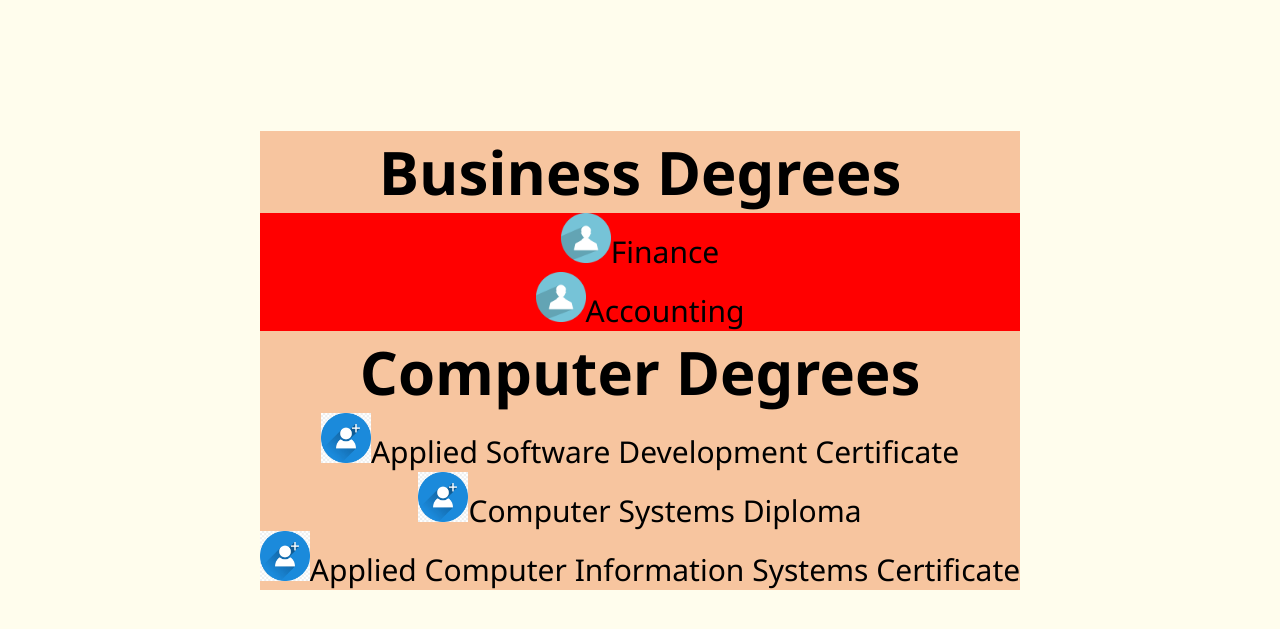
Repository: NeemaToto/mdia2109week3
Page: /
The author's editor kept a copy of each file at every save. The page is drawn from the files as they stood at one save, then again after the next save.
The browser window is 1280 px wide. The pictures show the whole page.
The project was rebuilt for these pictures with package versions that can differ from the ones it lists, and the page was loaded fresh each time. The framework's server and built-in components were replaced by stand-ins that run in the browser. Also part of the build but not shown: next.config.js.

Above is the page before, as saved 2023-01-19 12:42:21.

### pages/index.js
import Head from 'next/head'
import Image from 'next/image'
import { Inter } from '@next/font/google'
import styles from '@/styles/Home.module.css'
import data from '../data/education.json'
import { useState } from 'react'
import Card from '../components/card'
import Link from 'next/link'

const inter = Inter({ subsets: ['latin'] })

export default function Home() {
  console.log(data);
  const [information, setInformation] = useState([...data]);

  return (
    <>
      <Head>
        <title>Departments of School</title>
        <meta name="description" content="Generated by create next app" />
        <meta name="viewport" content="width=device-width, initial-scale=1" />
        <link rel="icon" href="/degree-icon.png"/>
      </Head>
      <main className={styles.main}>
        <div className={styles.degrees}>
          <h1 className=''>Business Degrees</h1>
          {
            information && information.map((info, index) => {
              if (info.department === "Business") {
                return (
                  <Card key={index} degree={info.degree} colour="red" font="30px" />
                )
              }
            })
          }
          <h1>Computer Degrees</h1>
          {
            information && information.map((info, index) => {
              if (info.department === "Computing") {
                return (
                  <Card key={index} degree={info.degree} colour="fce762" font="30px" />
                )
              }
            })
          }
        </div>
      </main>
    </>
  )
}

### styles/globals.css
:root {
  --max-width: 1100px;
  --border-radius: 12px;
  --font-mono: ui-monospace, Menlo, Monaco, 'Cascadia Mono', 'Segoe UI Mono',
    'Roboto Mono', 'Oxygen Mono', 'Ubuntu Monospace', 'Source Code Pro',
    'Fira Mono', 'Droid Sans Mono', 'Courier New', monospace;

  --foreground-rgb: 0, 0, 0;
  --background-start-rgb: 214, 219, 220;
  --background-end-rgb: 255, 255, 255;

  --primary-glow: conic-gradient(
    from 180deg at 50% 50%,
    #16abff33 0deg,
    #0885ff33 55deg,
    #54d6ff33 120deg,
    #0071ff33 160deg,
    transparent 360deg
  );
  --secondary-glow: radial-gradient(
    rgba(255, 255, 255, 1),
    rgba(255, 255, 255, 0)
  );

  --tile-start-rgb: 239, 245, 249;
  --tile-end-rgb: 228, 232, 233;
  --tile-border: conic-gradient(
    #00000080,
    #00000040,
    #00000030,
    #00000020,
    #00000010,
    #00000010,
    #00000080
  );

  --callout-rgb: 238, 240, 241;
  --callout-border-rgb: 172, 175, 176;
  --card-rgb: 180, 185, 188;
  --card-border-rgb: 131, 134, 135;
}

@media (prefers-color-scheme: dark) {
  :root {
    --foreground-rgb: 255, 255, 255;
    --background-start-rgb: 0, 0, 0;
    --background-end-rgb: 0, 0, 0;

    --primary-glow: radial-gradient(rgba(1, 65, 255, 0.4), rgba(1, 65, 255, 0));
    --secondary-glow: linear-gradient(
      to bottom right,
      rgba(1, 65, 255, 0),
      rgba(1, 65, 255, 0),
      rgba(1, 65, 255, 0.3)
    );

    --tile-start-rgb: 2, 13, 46;
    --tile-end-rgb: 2, 5, 19;
    --tile-border: conic-gradient(
      #ffffff80,
      #ffffff40,
      #ffffff30,
      #ffffff20,
      #ffffff10,
      #ffffff10,
      #ffffff80
    );

    --callout-rgb: 20, 20, 20;
    --callout-border-rgb: 108, 108, 108;
    --card-rgb: 100, 100, 100;
    --card-border-rgb: 200, 200, 200;
  }
}

* {
  box-sizing: border-box;
  padding: 0;
  margin: 0;
}

html,
body {
  max-width: 100vw;
  overflow-x: hidden;
}

body {
  color: rgb(var(--foreground-rgb));
  background: linear-gradient(
      to bottom,
      transparent,
      rgb(var(--background-end-rgb))
    )
    rgb(var(--background-start-rgb));
}

a {
  color: inherit;
  text-decoration: none;
}

@media (prefers-color-scheme: dark) {
  html {
    color-scheme: dark;
  }
}


.degrees{
  font-size: 10000px;
}

### styles/Home.module.css
.main {
  display: flex;
  flex-direction: row;
  justify-content: center;
  align-items: center;
  padding: 6rem;
  min-height: 100vh;
  background-color: #fffded;
}

.description {
  display: inherit;
  justify-content: inherit;
  align-items: inherit;
  font-size: 0.85rem;
  max-width: var(--max-width);
  width: 100%;
  z-index: 2;
  font-family: var(--font-mono);
}

.description a {
  display: flex;
  justify-content: center;
  align-items: center;
  gap: 0.5rem;
}

.description p {
  position: relative;
  margin: 0;
  padding: 1rem;
  background-color: rgba(var(--callout-rgb), 0.5);
  border: 1px solid rgba(var(--callout-border-rgb), 0.3);
  border-radius: var(--border-radius);
}

.code {
  font-weight: 700;
  font-family: var(--font-mono);
}

.grid {
  display: grid;
  grid-template-columns: repeat(4, minmax(25%, auto));
  width: var(--max-width);
  max-width: 100%;
}

.card {
  padding: 1rem 1.2rem;
  border-radius: var(--border-radius);
  background: rgba(var(--card-rgb), 0);
  border: 1px solid rgba(var(--card-border-rgb), 0);
  transition: background 200ms, border 200ms;
}

.card span {
  display: inline-block;
  transition: transform 200ms;
}

.card h2 {
  font-weight: 600;
  margin-bottom: 0.7rem;
}

.card p {
  margin: 0;
  opacity: 0.6;
  font-size: 0.9rem;
  line-height: 1.5;
  max-width: 30ch;
}

.center {
  display: flex;
  justify-content: center;
  align-items: center;
  position: relative;
  padding: 4rem 0;
}

.center::before {
  background: var(--secondary-glow);
  border-radius: 50%;
  width: 480px;
  height: 360px;
  margin-left: -400px;
}

.center::after {
  background: var(--primary-glow);
  width: 240px;
  height: 180px;
  z-index: -1;
}

.center::before,
.center::after {
  content: '';
  left: 50%;
  position: absolute;
  filter: blur(45px);
  transform: translateZ(0);
}

.logo,
.thirteen {
  position: relative;
}

.thirteen {
  display: flex;
  justify-content: center;
  align-items: center;
  width: 75px;
  height: 75px;
  padding: 25px 10px;
  margin-left: 16px;
  transform: translateZ(0);
  border-radius: var(--border-radius);
  overflow: hidden;
  box-shadow: 0px 2px 8px -1px #0000001a;
}

.thirteen::before,
.thirteen::after {
  content: '';
  position: absolute;
  z-index: -1;
}

/* Conic Gradient Animation */
.thirteen::before {
  animation: 6s rotate linear infinite;
  width: 200%;
  height: 200%;
  background: var(--tile-border);
}

/* Inner Square */
.thirteen::after {
  inset: 0;
  padding: 1px;
  border-radius: var(--border-radius);
  background: linear-gradient(
    to bottom right,
    rgba(var(--tile-start-rgb), 1),
    rgba(var(--tile-end-rgb), 1)
  );
  background-clip: content-box;
}

/* Enable hover only on non-touch devices */
@media (hover: hover) and (pointer: fine) {
  .card:hover {
    background: rgba(var(--card-rgb), 0.1);
    border: 1px solid rgba(var(--card-border-rgb), 0.15);
  }

  .card:hover span {
    transform: translateX(4px);
  }
}

@media (prefers-reduced-motion) {
  .thirteen::before {
    animation: none;
  }

  .card:hover span {
    transform: none;
  }
}

/* Mobile */
@media (max-width: 700px) {
  .content {
    padding: 4rem;
  }

  .grid {
    grid-template-columns: 1fr;
    margin-bottom: 120px;
    max-width: 320px;
    text-align: center;
  }

  .card {
    padding: 1rem 2.5rem;
  }

  .card h2 {
    margin-bottom: 0.5rem;
  }

  .center {
    padding: 8rem 0 6rem;
  }

  .center::before {
    transform: none;
    height: 300px;
  }

  .description {
    font-size: 0.8rem;
  }

  .description a {
    padding: 1rem;
  }

  .description p,
  .description div {
    display: flex;
    justify-content: center;
    position: fixed;
    width: 100%;
  }

  .description p {
    align-items: center;
    inset: 0 0 auto;
    padding: 2rem 1rem 1.4rem;
    border-radius: 0;
    border: none;
    border-bottom: 1px solid rgba(var(--callout-border-rgb), 0.25);
    background: linear-gradient(
      to bottom,
      rgba(var(--background-start-rgb), 1),
      rgba(var(--callout-rgb), 0.5)
    );
    background-clip: padding-box;
    backdrop-filter: blur(24px);
  }

  .description div {
    align-items: flex-end;
    pointer-events: none;
    inset: auto 0 0;
    padding: 2rem;
    height: 200px;
    background: linear-gradient(
      to bottom,
      transparent 0%,
      rgb(var(--background-end-rgb)) 40%
    );
    z-index: 1;
  }
}

/* Tablet and Smaller Desktop */
@media (min-width: 701px) and (max-width: 1120px) {
  .grid {
    grid-template-columns: repeat(2, 50%);
  }
}

@media (prefers-color-scheme: dark) {
  .vercelLogo {
    filter: invert(1);
  }

  .logo,
  .thirteen img {
    filter: invert(1) drop-shadow(0 0 0.3rem #ffffff70);
  }
}

@keyframes rotate {
  from {
    transform: rotate(360deg);
  }
  to {
    transform: rotate(0deg);
  }
}

.degrees{
  font-size: 30px;
  text-align: center;
  font-family: 'Segoe UI', Tahoma, Geneva, Verdana, sans-serif;
  background-color: #f7c59f;
}

.degrees > h1{

}

### data/education.json
[
        {
            "studentNumber": "A0004567",
            "firstName": "Person 1",
            "gpa": 3.8,
            "department": "Business",
            "degree": "Finance",
            "graduted": 2014
        },
        {
            "studentNumber": "A0001234",
            "firstName": "Person 2",
            "gpa": 3.5,
            "department": "Business",
            "degree": "Accounting",
            "graduted": 2010
        },
        {
            "studentNumber": "A0007890",
            "firstName": "Person 3",
            "gpa": 3.2,
            "department": "Computing",
            "degree": "Applied Software Development Certificate",
            "graduted": 2018
        },
        {
            "studentNumber": "A0007828",
            "firstName": "Person 4",
            "gpa": 3.9,
            "department": "Computing",
            "degree": "Computer Systems Diploma",
            "graduted": 2021
        },
        {
            "studentNumber": "A0003425",
            "firstName": "Person 5",
            "gpa": 3.2,
            "department": "Computing",
            "degree": "Applied Computer Information Systems Certificate",
            "graduted": 2021
        }
]

### components/card/index.js
export default function Card({
    degree = "none",
    colour = "purple",
    font = 0,
    image = 'icon/personTwo.png'
}){
    return(
        <div style={{backgroundColor: colour, fontSize: font}}>
            {
                colour === "red" ? <img src={'icon/person.png'} width="50"/> :
                colour === "#fce762" ? <img src={'icon/personThree.png'} width="50"/> :
                                    <img src={image} width="50"/>
            }
            {degree}
        </div>
    )
}

Loaded but not shown: pages/_app.js (common file); pages/_document.js (common file)

After the next save:
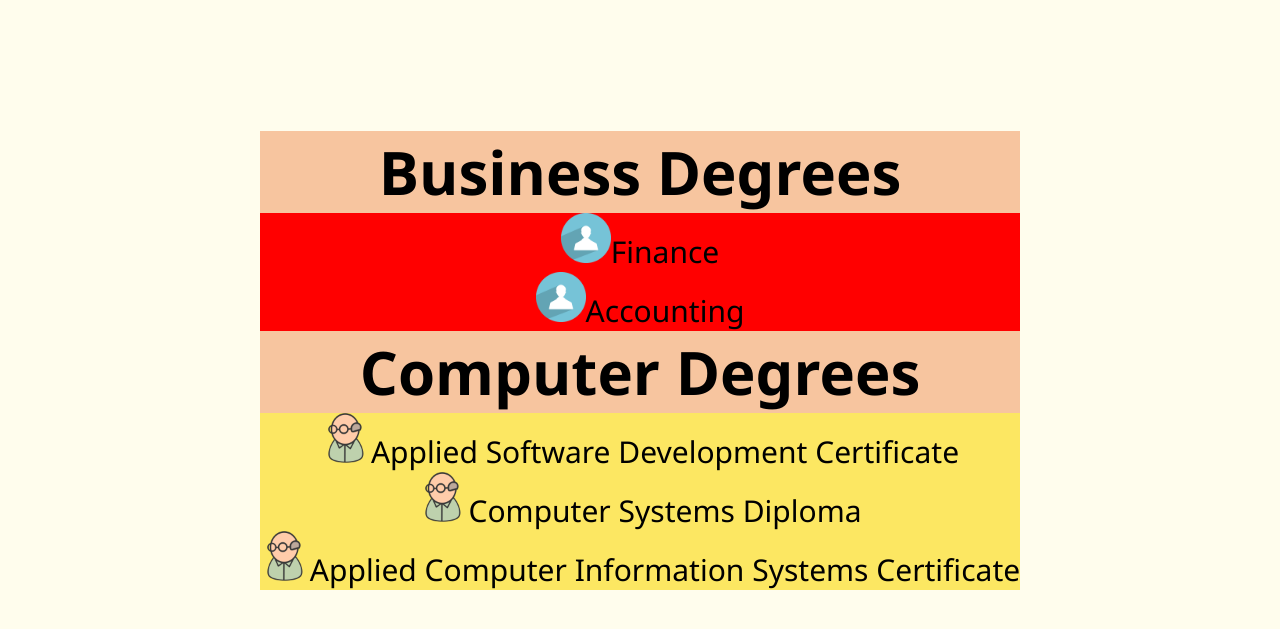
Saved 11 s later.
--- a/pages/index.js
+++ b/pages/index.js
@@ -38,7 +38,7 @@
             information && information.map((info, index) => {
               if (info.department === "Computing") {
                 return (
-                  <Card key={index} degree={info.degree} colour="fce762" font="30px" />
+                  <Card key={index} degree={info.degree} colour="#fce762" font="30px" />
                 )
               }
             })
